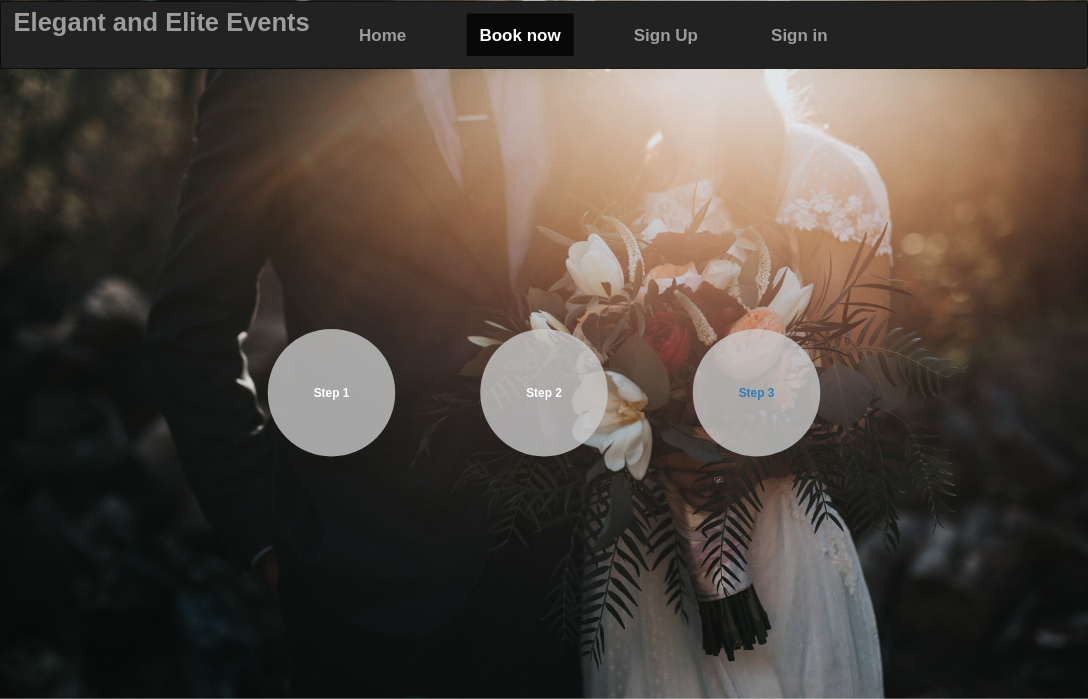
Repository: it22272690/Event-Planning-System
Page: http://localhost/PaymentDemo/Navigate.jsp
The author's editor kept a copy of each file at every save. The page is drawn from the files as they stood at one save, then again after the next save.
The browser window is 1280 px wide. The pictures show the whole page, at 85% of full size.
The page is served by Tomcat 10.

Above is the page before, as saved 2023-10-24 08:44:21.

After the next save:
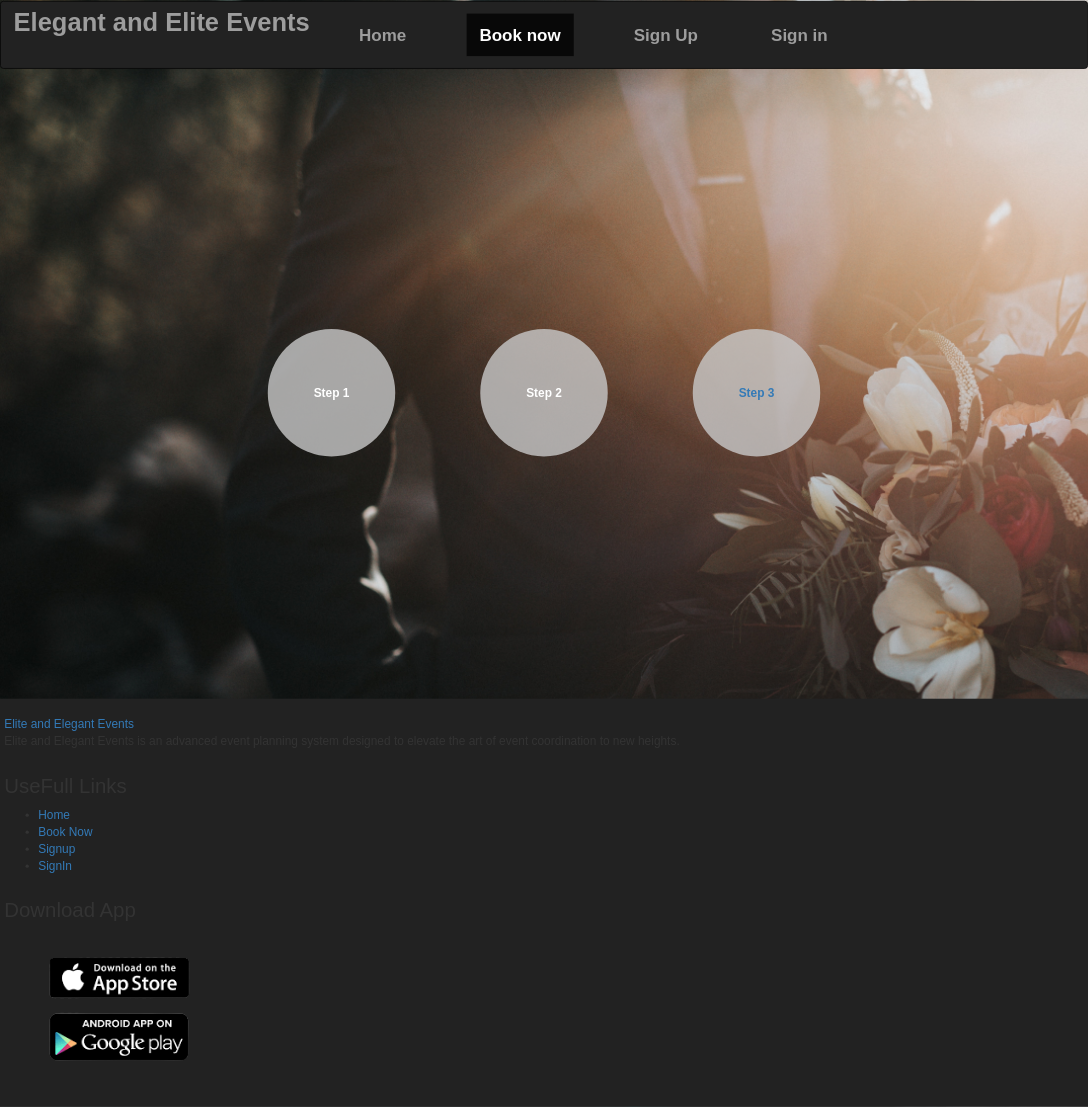
Saved 44 s later.
--- a/PaymentDemo/src/main/webapp/Navigate.jsp
+++ b/PaymentDemo/src/main/webapp/Navigate.jsp
@@ -124,6 +124,35 @@
                 });
             });
         </script>
+     <footer id="footer">
+    <div class="footer-content">
+        <div class="row" id="row1">
+            <a href="#" id="footer-logo">Elite and Elegant Events</a>
+            <p>Elite and Elegant Events is an advanced event planning system designed to elevate the art of event coordination to new heights.</p>
+            <div class="socail-links">
+                <i class="fa-brands fa-twitter"></i>
+                <i class="fa-brands fa-facebook-f"></i>
+                <i class="fa-brands fa-instagram"></i>
+                <i class="fa-brands fa-youtube"></i>
+                <i class="fa-brands fa-pinterest-p"></i>
+            </div>
+        </div>
+        <div class="row" id="row2">
+            <h3>UseFull Links</h3>
+            <ul>
+                <li><a href="#">Home</a></li>
+                <li><a href="#">Book Now</a></li>
+                <li><a href="#">Signup</a></li>
+                <li><a href="#">SignIn</a></li>
 
+            </ul>
+        </div>
+
+        <div class="row" id="row4">
+            <h3>Download App</h3>
+            <img src="images/app.png" alt="foot">
+        </div>
+    </div>
+</footer>
     </body>
 </html>
